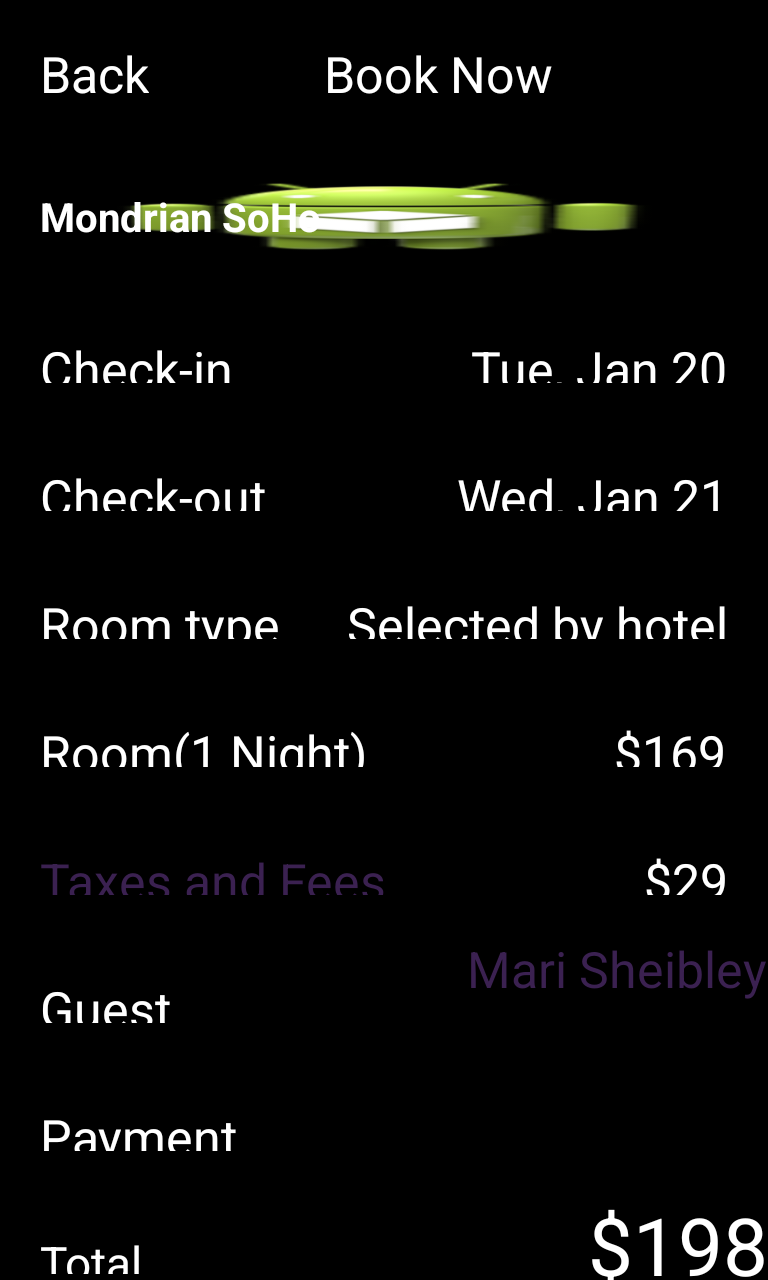
Repository: RibuRoyson/exercise
Layout: exercise8/res/layout/exercise8.xml
An editor plug-in stored every save of this project. The layout is shown before and after the next save, followed by the edit.
It is drawn on a 768 x 1280 px phone screen (xhdpi) without system bars, with theme AppTheme; the app's code is not run.

Above is the layout before, as saved 2015-02-16 04:07:10.

After the next save:
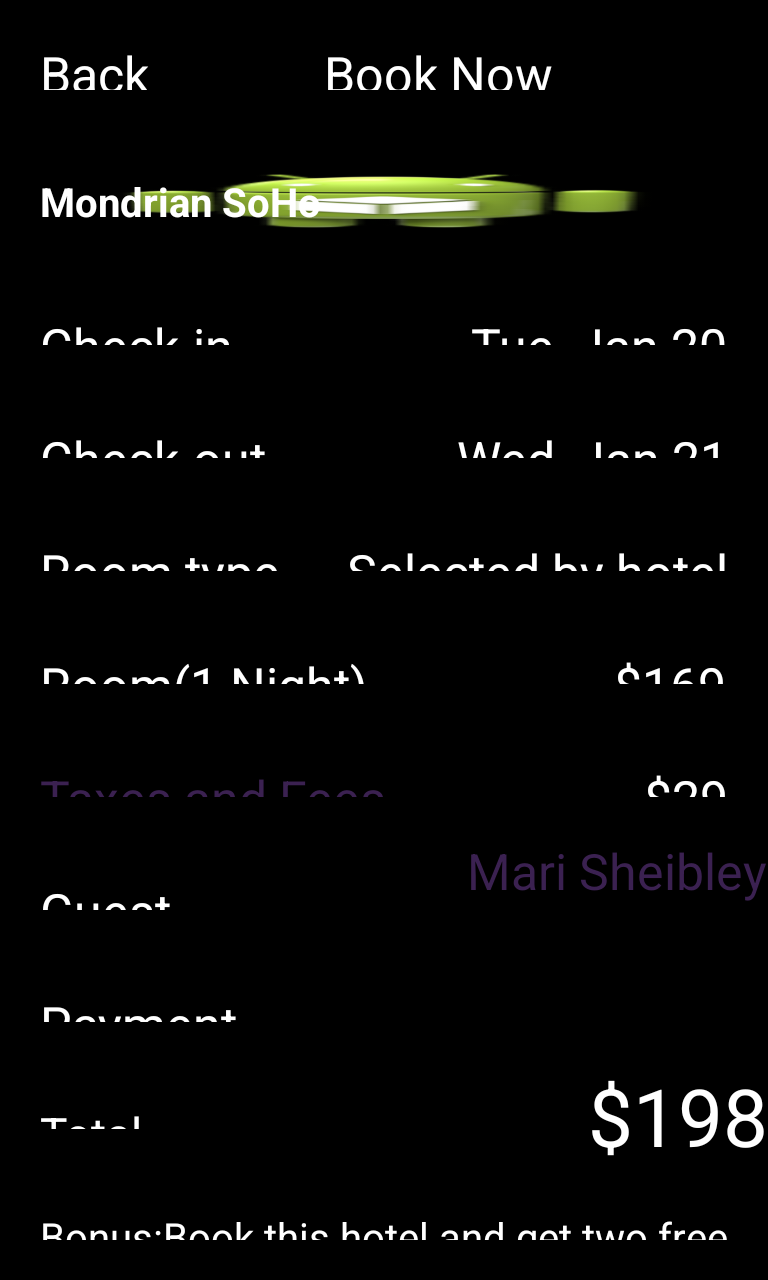
Saved 2 min 43 s later.
--- a/exercise8/res/layout/exercise8.xml
+++ b/exercise8/res/layout/exercise8.xml
@@ -8,7 +8,7 @@
         android:layout_width="match_parent"
         android:layout_height="match_parent"
         android:orientation="vertical"
-        android:weightSum="20.5" >
+        android:weightSum="11.5" >
 
         <LinearLayout
             android:layout_width="match_parent"
